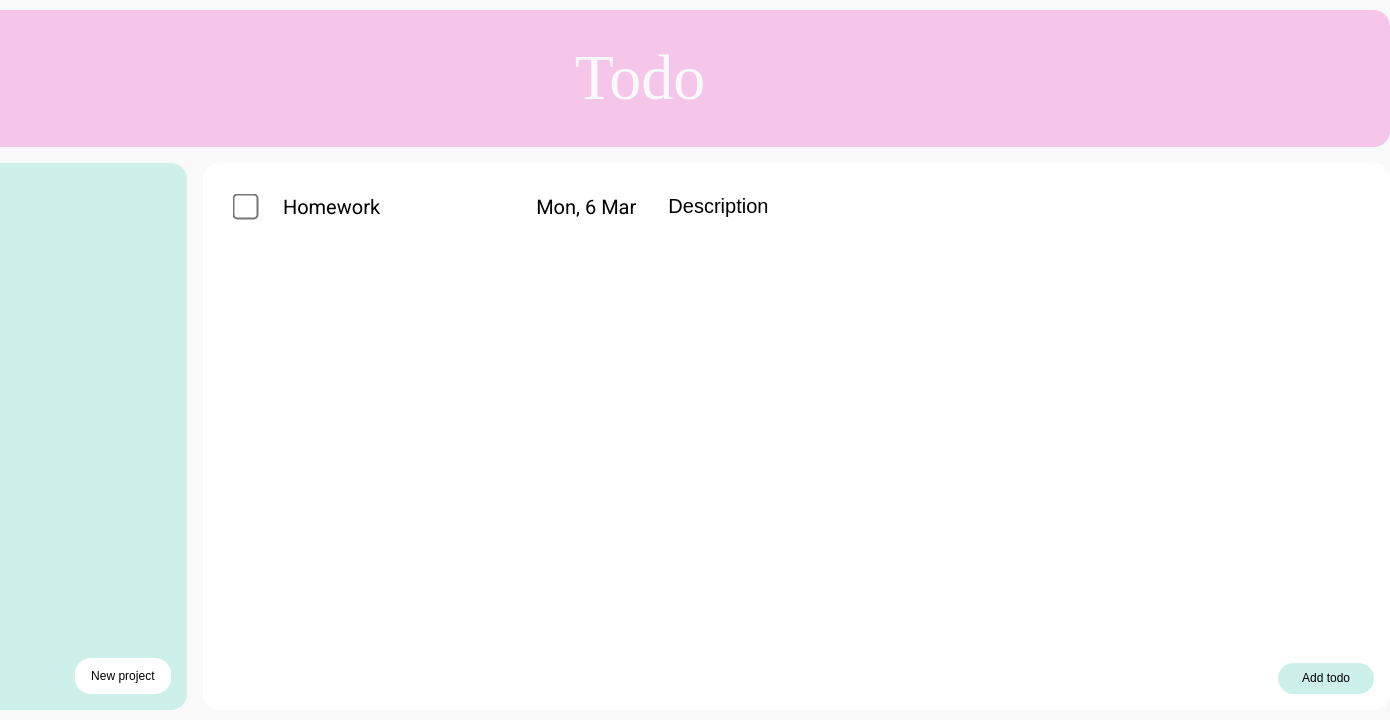
Repository: yeetzpxoci/todo-list
Page: dist/index.html
An editor plug-in stored every save of this project. The page is shown before and after the next save, followed by the edit.
The browser window is 1280 px wide. The page is 1390 px wide, so the pictures cover 1390 px, including what lies to the right of the window. The pictures show the whole page.
Some web fonts or font styles are not loaded; a fallback is used.

Above is the page before, as saved 2023-03-07 20:42:31.
Console error: ReferenceError: projectNameSubmit is not defined

After the next save:
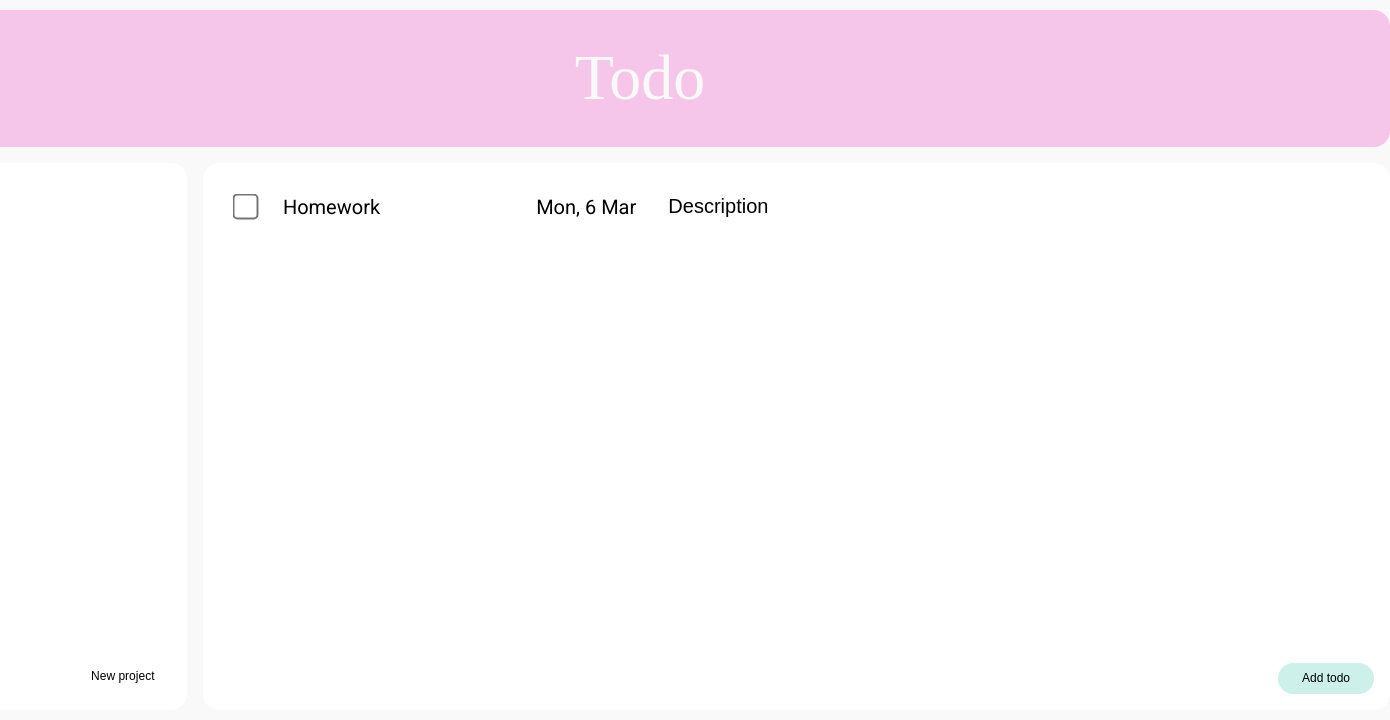
Saved 9 min 27 s later.
--- a/dist/styles.css
+++ b/dist/styles.css
@@ -53,7 +53,7 @@
 #sidebar {
     display: flex;
     flex-direction: column;
-    background-color: #CDF0EA;
+    background-color: #FFFFFF;
     grid-column: 1 / 2;
     grid-row: 2 / 3;
     z-index: -1;

After the save that followed:
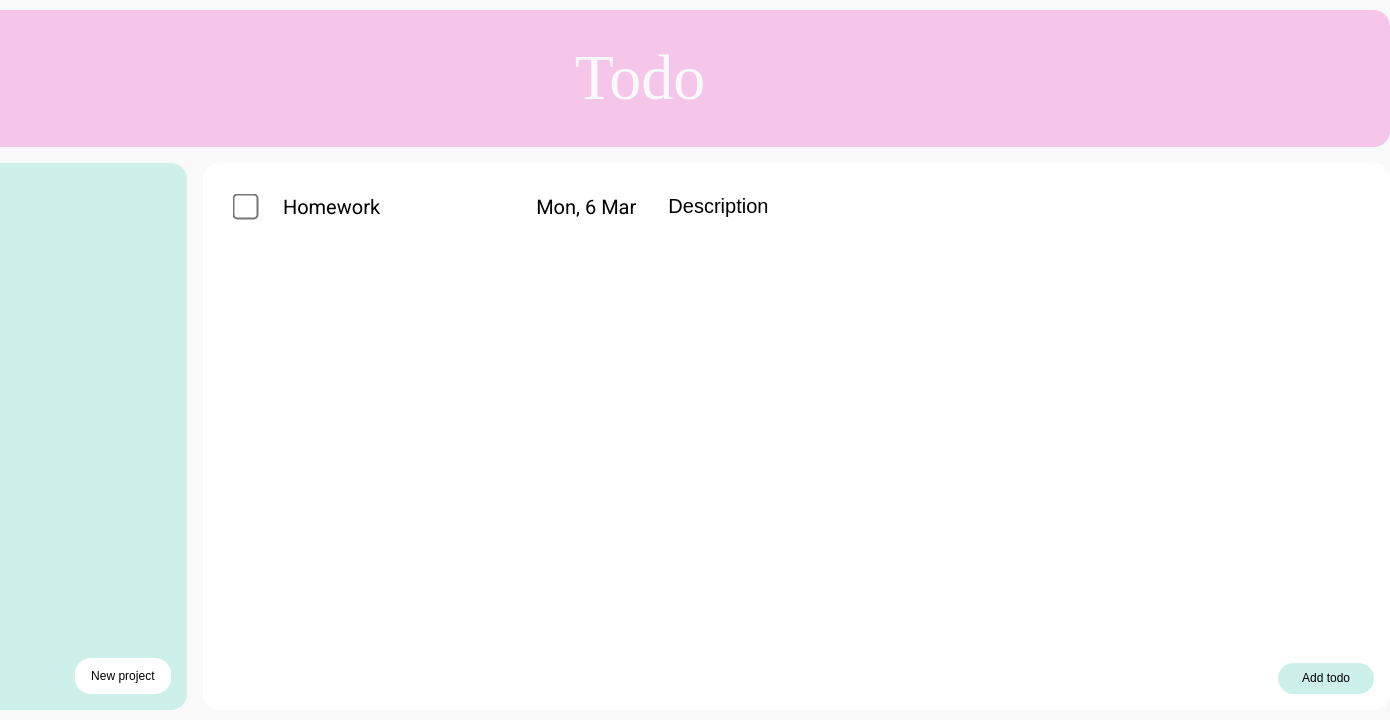
Saved 5 s later.
--- a/dist/styles.css
+++ b/dist/styles.css
@@ -53,7 +53,7 @@
 #sidebar {
     display: flex;
     flex-direction: column;
-    background-color: #FFFFFF;
+    background-color: #CDF0EA;
     grid-column: 1 / 2;
     grid-row: 2 / 3;
     z-index: -1;
